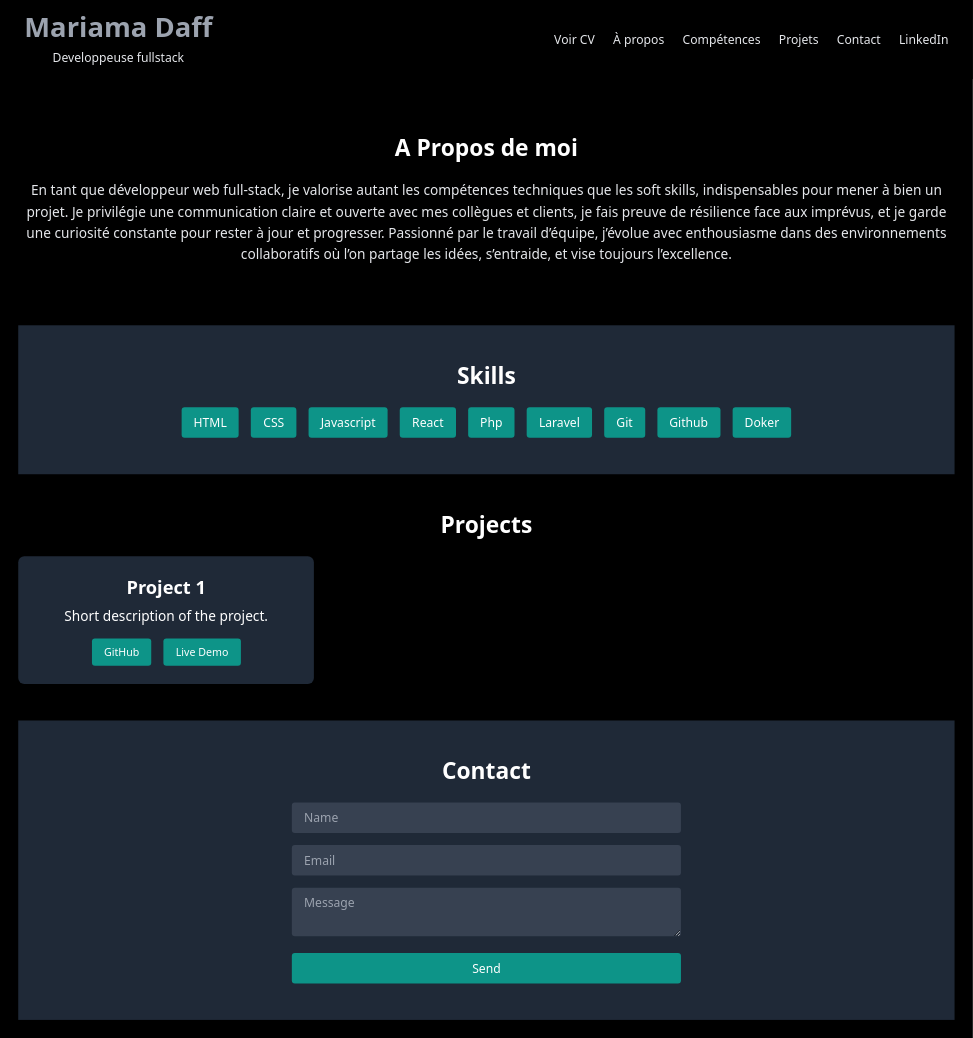
Repository: mariamdaff/Projets_Perso
Page: / (app in mon_portfolio/)
The author's editor kept a copy of each file at every save. The page is drawn from the files as they stood at one save, then again after the next save.
The browser window is 1280 px wide. The pictures show the whole page, at 76% of full size.
The project was rebuilt for these pictures with package versions that can differ from the ones it lists, and the page was loaded fresh each time. Also part of the build but not shown: mon_portfolio/vite.config.js.

Above is the page before, as saved 2025-04-20 15:38:21.

After the next save:
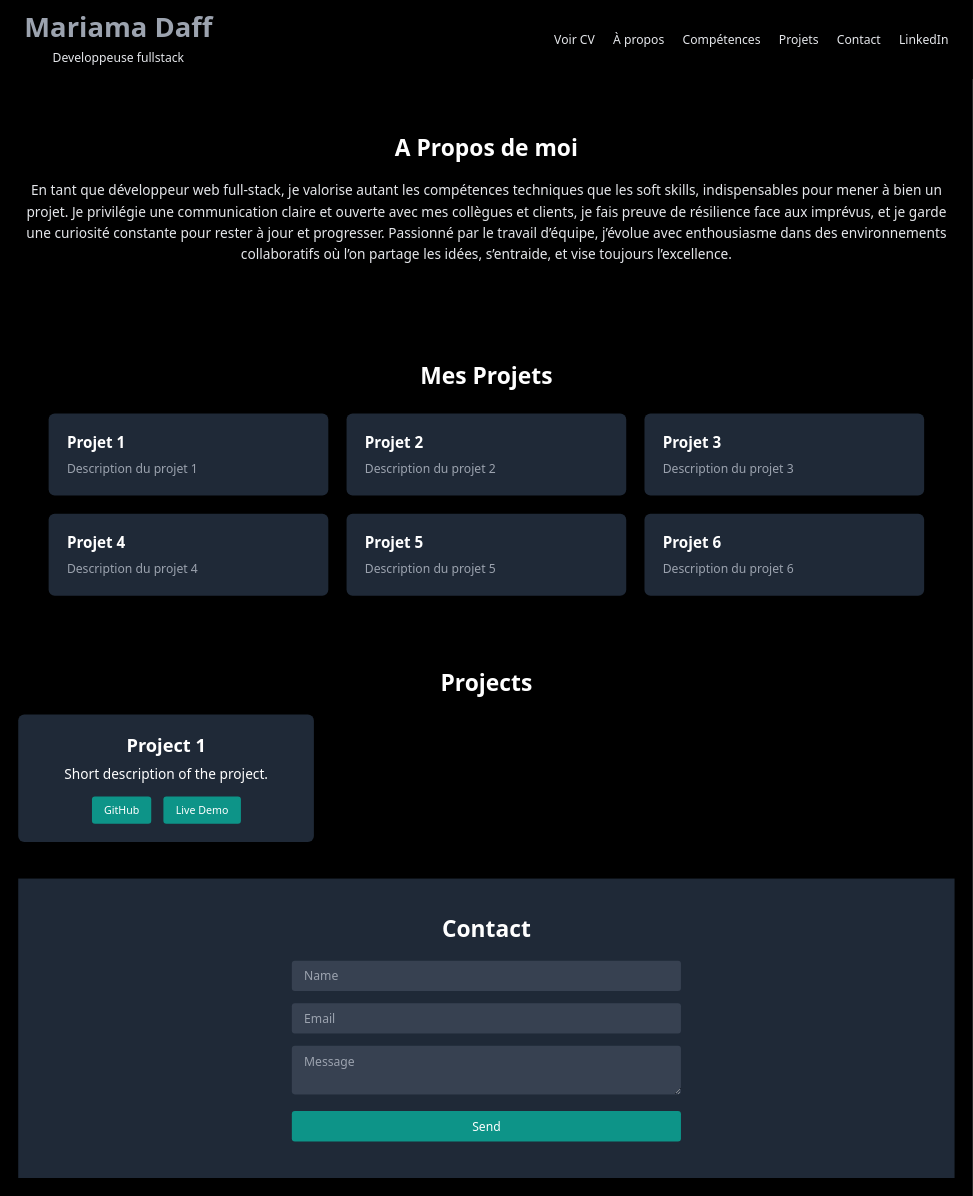
Saved 2 min 14 s later.
--- a/mon_portfolio/src/components/skills/Skills.jsx
+++ b/mon_portfolio/src/components/skills/Skills.jsx
@@ -1,21 +1,31 @@
 import React from 'react';
-const Skills = () =>{
-    return(
-        <section className="py-12 text-center bg-gray-800">
-        <h2 className="text-3xl font-semibold mb-6">Skills</h2>
-        <div className="space-x-4">
-        <button className="bg-teal-600 px-4 py-2 rounded">HTML</button>
-        <button className="bg-teal-600 px-4 py-2 rounded">CSS</button>
-        <button className="bg-teal-600 px-4 py-2 rounded">Javascript</button>
-        <button className="bg-teal-600 px-4 py-2 rounded">React</button>
-        <button className="bg-teal-600 px-4 py-2 rounded">Php</button>
-        <button className="bg-teal-600 px-4 py-2 rounded">Laravel</button>
-        <button className="bg-teal-600 px-4 py-2 rounded">Git</button>
-        <button className="bg-teal-600 px-4 py-2 rounded">Github</button>
-        <button className="bg-teal-600 px-4 py-2 rounded">Doker</button>
-        </div>
-        </section>
-    );
 
+const Projets = () => {
+  const projets = [
+    { id: 1, titre: 'Projet 1', description: 'Description du projet 1' },
+    { id: 2, titre: 'Projet 2', description: 'Description du projet 2' },
+    { id: 3, titre: 'Projet 3', description: 'Description du projet 3' },
+    { id: 4, titre: 'Projet 4', description: 'Description du projet 4' },
+    { id: 5, titre: 'Projet 5', description: 'Description du projet 5' },
+    { id: 6, titre: 'Projet 6', description: 'Description du projet 6' },
+  ];
+
+  return (
+    <section className="py-12 px-4 bg-black text-white">
+      <h2 className="text-3xl font-bold mb-8 text-center">Mes Projets</h2>
+      <div className="grid grid-cols-1 sm:grid-cols-2 lg:grid-cols-3 gap-6 max-w-6xl mx-auto">
+        {projets.map((projet) => (
+          <div
+            key={projet.id}
+            className="bg-gray-800 p-6 rounded-lg shadow-lg hover:scale-105 transition"
+          >
+            <h3 className="text-xl font-semibold mb-2">{projet.titre}</h3>
+            <p className="text-gray-400">{projet.description}</p>
+          </div>
+        ))}
+      </div>
+    </section>
+  );
 };
-export default Skills;
+
+export default Projets;
